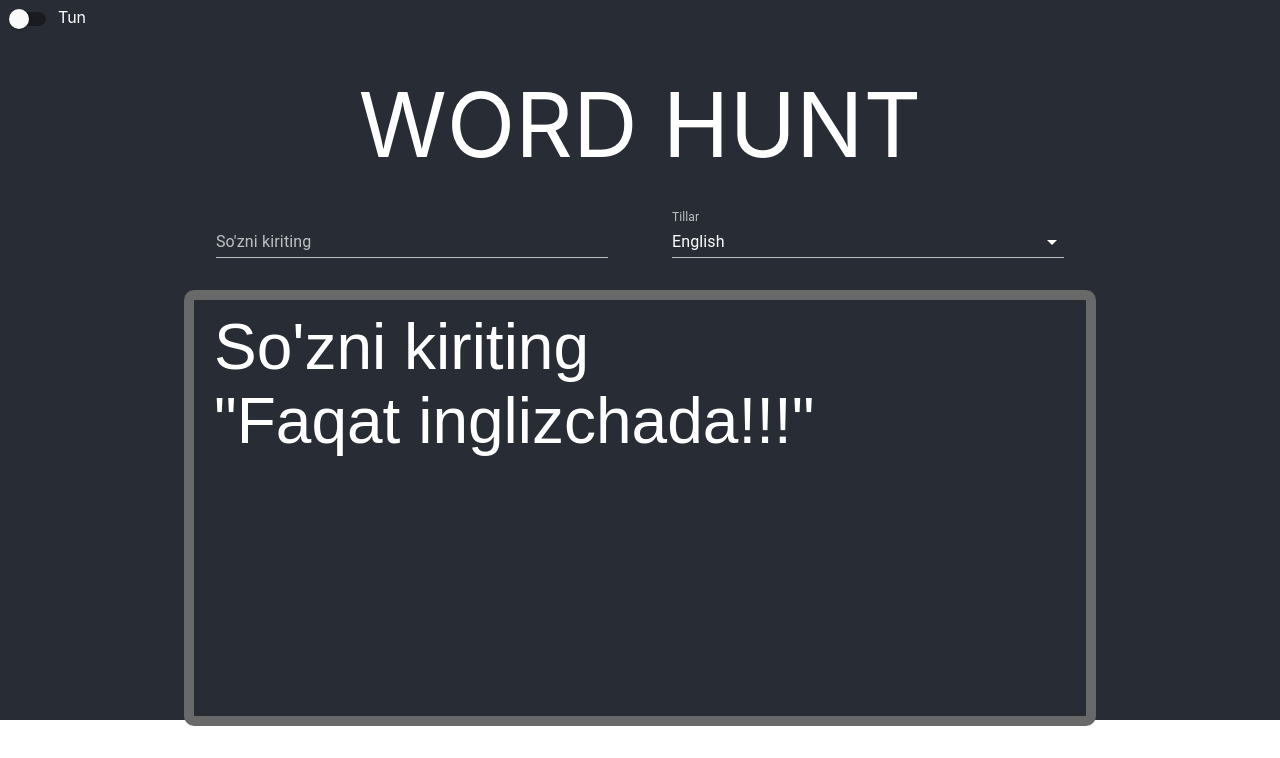
Repository: om1ars/react-translator
Page: /
An editor plug-in stored every save of this project. The page is shown before and after a run of saves, followed by the edit.
The browser window is 1280 px wide. The pictures show the whole page.
The page's requests for data from a server got no answer. The project was rebuilt for these pictures with package versions that can differ from the ones it lists, and the page was loaded fresh each time. No one was signed in, and anything a server would have sent is missing.

Above is the page before, as saved 2021-10-07 16:04:15.

### src/App.js
import "./App.css";
import { useEffect, useState } from "react";
import axios from "axios";
import { Container, Switch, withStyles } from "@material-ui/core";
import { Header } from "./components/Header/Header";
import { Definitions } from "./components/Definitions";

function App() {
  const [word, setword] = useState("");
  const [meanings, setmeanings] = useState([]);
  const [category, setcategory] = useState("en");
  const [checked, setChecked] = useState(false);

  const dictionaryApi = async () => {
    try {
      const data = await axios.get(
        `https://api.dictionaryapi.dev/api/v2/entries/${category}/${word}`
      );

      // console.log(data);
      setmeanings(data.data);
    } catch (error) {
      console.log(error);
    }
  };

  const handleChange = (event) => {
    setChecked(!checked);
  };

  console.log(meanings);
  useEffect(() => {
    dictionaryApi();
  }, [word, category]);

  return (
    <div
      className="App"
      style={{ height: "100vh", backgroundColor: checked ? '#ff' : "#282c34", color: "white", justifyContent: 'space-evenly' }}
    >
      <Switch
        checked={checked}
        onChange={handleChange}
        inputProps={{ "aria-label": "controlled" }}
      />
      <span>{checked ? 'Kun' : 'Tun'}</span>
      <Container
        maxWidth="md"
        style={{ display: "flex", flexDirection: "column", height: "100vh" }}
      >
        <Header
          category={category}
          setcategory={setcategory}
          word={word}
          setword={setword}
        />
        {meanings && (
          <Definitions word={word} meanings={meanings} category={category} />
        )}
      </Container>
    </div>
  );
}

export default App;

### src/components/Header/Header.js
import {
  createMuiTheme,
  MenuItem,
  MuiThemeProvider,
  TextField,
} from "@material-ui/core";
import React from "react";
import "./Header.css";
import { ThemeProvider } from "@material-ui/styles";
import categoris from "../data/Category";

export const Header = ({ category, setcategory, word, setword }) => {
  const darkTheme = createMuiTheme({
    palette: {
      primary: {
        main: "#fff",
      },
      type: "dark",
    },
  });

  const handleChange = (e) => {
    setcategory(e);
    setword("");
  };

  return (
    <div className="header">
      <span className="title">{word ? word : "Word Hunt"}</span>
      <div className="inputs">
        <ThemeProvider theme={darkTheme}>
          <TextField
            id="standard-basic"
            label="standard"
            className="search"
            id="standard-basic"
            label="So'zni kiriting"
            value={word}
            onChange={(e) => setword(e.target.value)}
          />
          <TextField
            className="select"
            select
            value={category}
            onChange={(e) => handleChange(e.target.value)}
            label="Tillar"
          >
            {categoris.map((option) => (
              <MenuItem key={option.label} value={option.label}>
                {option.value}
              </MenuItem>
            ))}
          </TextField>
        </ThemeProvider>
      </div>
    </div>
  );
};

### src/components/Definitions.js
import React from "react";
import "./Definitions.css";

export const Definitions = ({ word, category, meanings }) => {
  return (
    <div className="meanings">
       {meanings[0] && word && category === "en" && (
        <audio
          style={{ backgroundColor: "#fff", borderRadius: 10 }}
          src={meanings[0].phonetics[0] && meanings[0].phonetics[0].audio}
          controls
        >
          Your browser does not support the audio element.
        </audio>
      )}
      {word === "" ? (
        <span className="subtitle">
          So'zni kiriting <br /> "Faqat inglizchada!!!"
        </span>
      ) : (
        meanings.map((mean) =>
          mean.meanings.map((item) =>
            item.definitions.map((def) => (
              <div
                className="singleMean"
                style={{ backgroundColor: "white", color: "black" }}
              >
                <b>{def.definition}</b>
                <hr style={{ backgroundColor: "black", width: "100%" }} />
                {def.example && (
                  <span>
                    <b>Example: {def.example}</b>
                  </span>
                )}
                {def.synonyms && (
                  <span>
                    <b>Synonyms: {def.synonyms.map((s) => `${s},  `)}</b>
                  </span>
                )}
              </div>
            ))
          )
        )
      )}
    </div>
  );
};

### src/components/Header/Header.css
.title {
  font-size: 7vw;
  text-transform: uppercase;
  color: white;
}
.header {
  display: flex;
  align-items: center;
  justify-content: space-evenly;
  flex-direction: column;
  height: 35vh;
  width: 100%;
}
@media (max-width: 900px) {
  .header {
    height: 25vh;
  }
  .title {
      font-size: 11vw;
  }
}
.inputs {
    width: 100%;
    display: flex;
    justify-content: space-around;
}
.search {
    width: 43%;
}
.select {
    width: 43%;
}

### src/components/Definitions.css
.meanings {
    display: flex;
    flex-direction: column;
    overflow-y: scroll;
    scrollbar-width: thin;
    height: 55vh;
    border: 10px solid rgba(105, 105, 105);
    border-radius: 10px;
    padding: 10px 20px;
    overflow-x: hidden;
}
.subtitle {
    font-size: 5vw;
    font-family: 'Motserrat', sans-serif;
}

@media (max-width: 900px ){
    .meanings {
        height: 60vh;
        overflow-x: hidden;
        overflow-y: scroll;
    }
}
.singleMean {
    display: flex;
    flex-direction: column;
    border-radius: 10px;
    padding: 10px 20px;
    margin: 10px 0;
}

Loaded but not shown: public/index.html (common file); src/index.js (common file); src/index.css (common file); src/reportWebVitals.js (common file); src/App.css (common file); src/components/data/Category.js (common file)

After the next 2 saves:
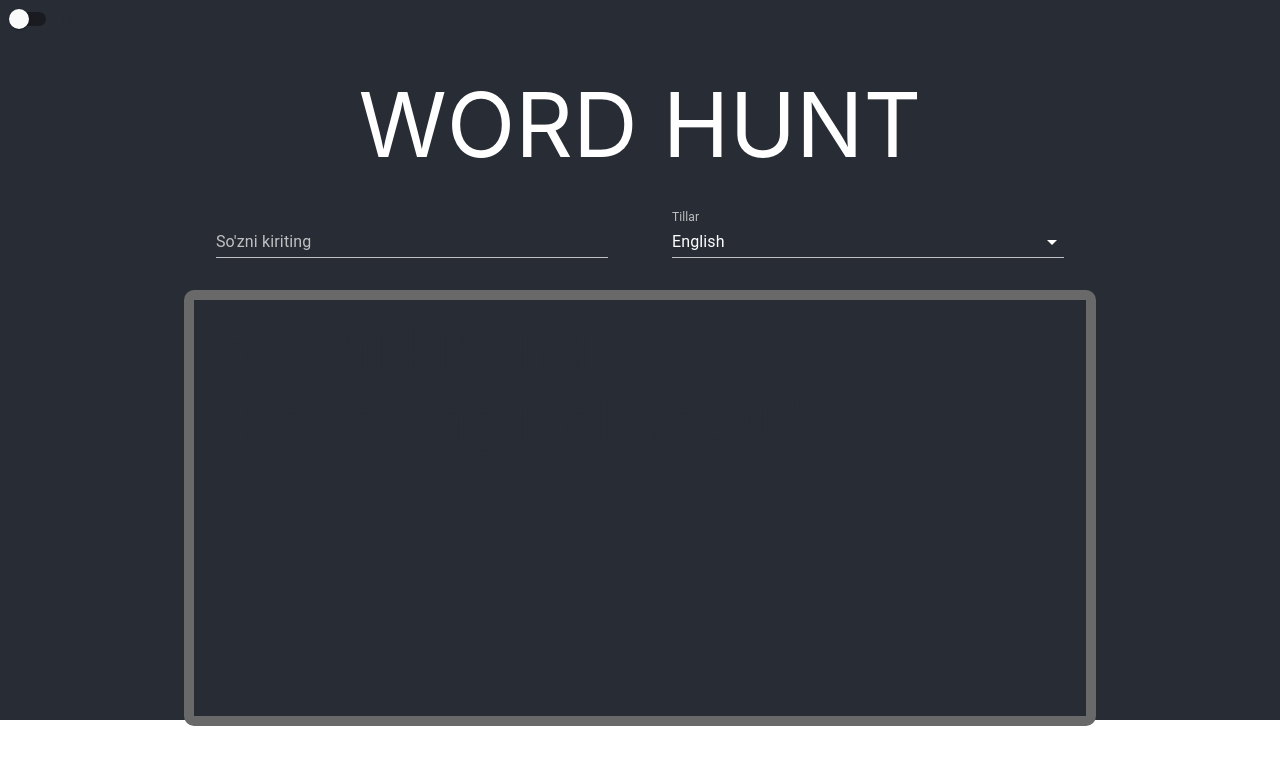
The 2 saves are shown as one change because 1 did not build or start.
The last was saved 30 s later.
--- a/src/App.js
+++ b/src/App.js
@@ -36,7 +36,7 @@
   return (
     <div
       className="App"
-      style={{ height: "100vh", backgroundColor: checked ? '#ff' : "#282c34", color: "white", justifyContent: 'space-evenly' }}
+      style={{ height: "100vh", backgroundColor: checked ? '#ff' : "#282c34", color: checked ? '#ff' : "#282c34", justifyContent: 'space-evenly' }}
     >
       <Switch
         checked={checked}

After the 5 saves that followed:
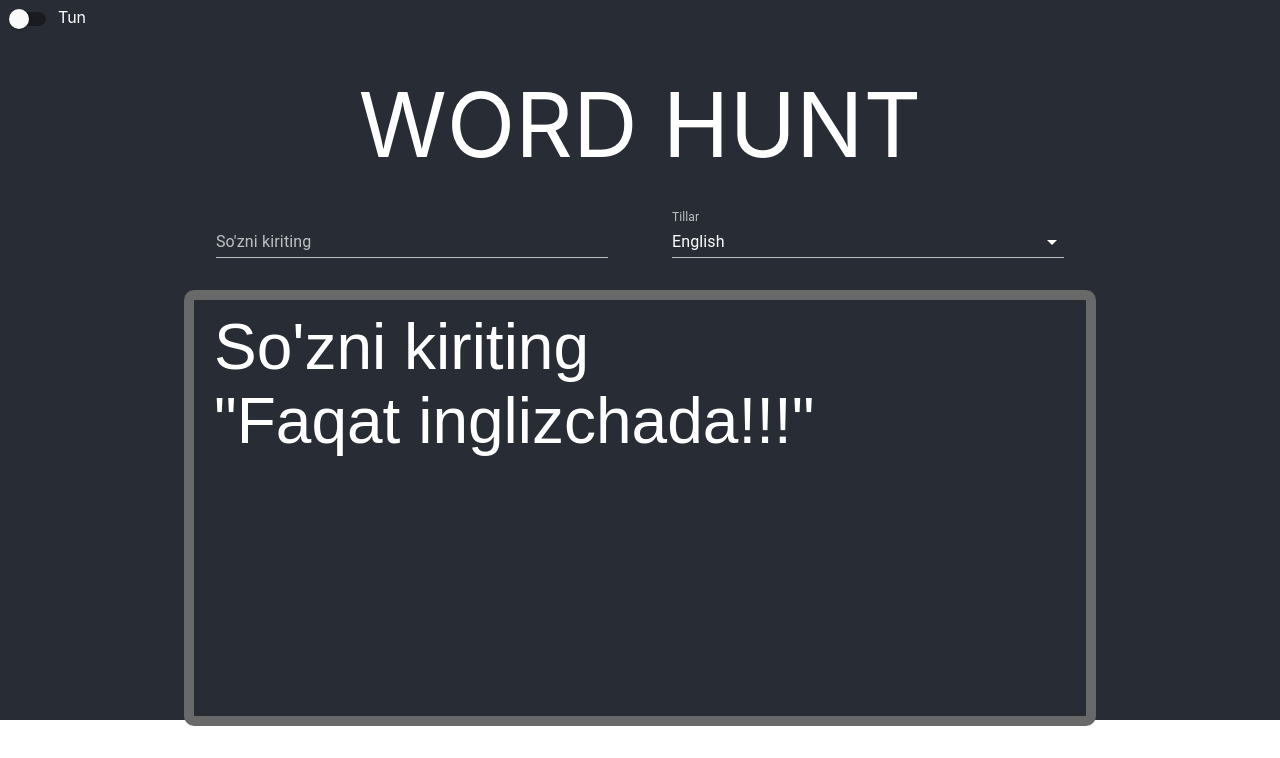
The 5 saves are shown as one change because they came seconds apart.
The last was saved 8 s later.
--- a/src/App.js
+++ b/src/App.js
@@ -36,7 +36,7 @@
   return (
     <div
       className="App"
-      style={{ height: "100vh", backgroundColor: checked ? '#ff' : "#282c34", color: checked ? '#ff' : "#282c34", justifyContent: 'space-evenly' }}
+      style={{ height: "100vh", backgroundColor: checked ? '#ff' : "#282c34", color: checked ? "#282c34" : 'white', justifyContent: 'space-evenly' }}
     >
       <Switch
         checked={checked}
